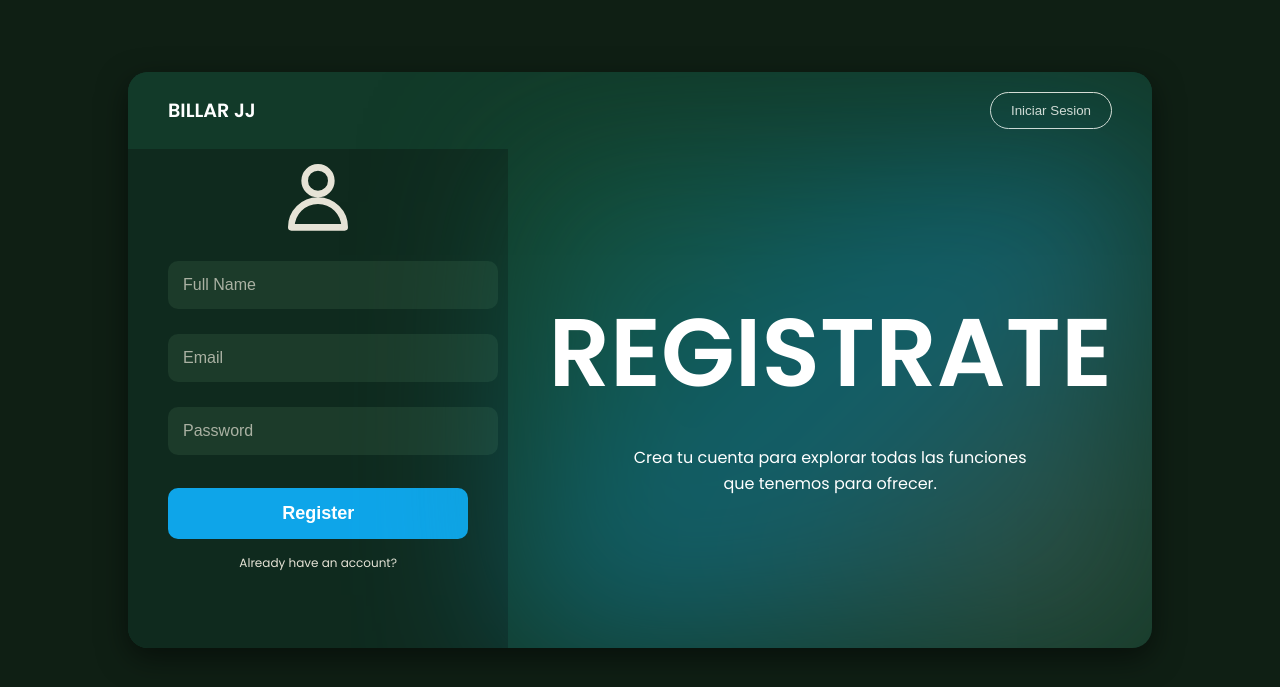
Repository: julianvargas55/ProyectoFormativoBilliarJJ
Page: http://localhost/usuario/registro
These files come from the project's save history. The page is drawn as it stood at one moment and after the next save; the edit follows.
The browser window is 1280 px wide. The pictures show the whole page.
The page is this project's Thymeleaf template; nobody is signed in. The template is opened directly, without the code that normally fills it, so the values that code supplies are empty.

Above is the page before, as saved 2025-10-10 21:35:50.

After the next save:
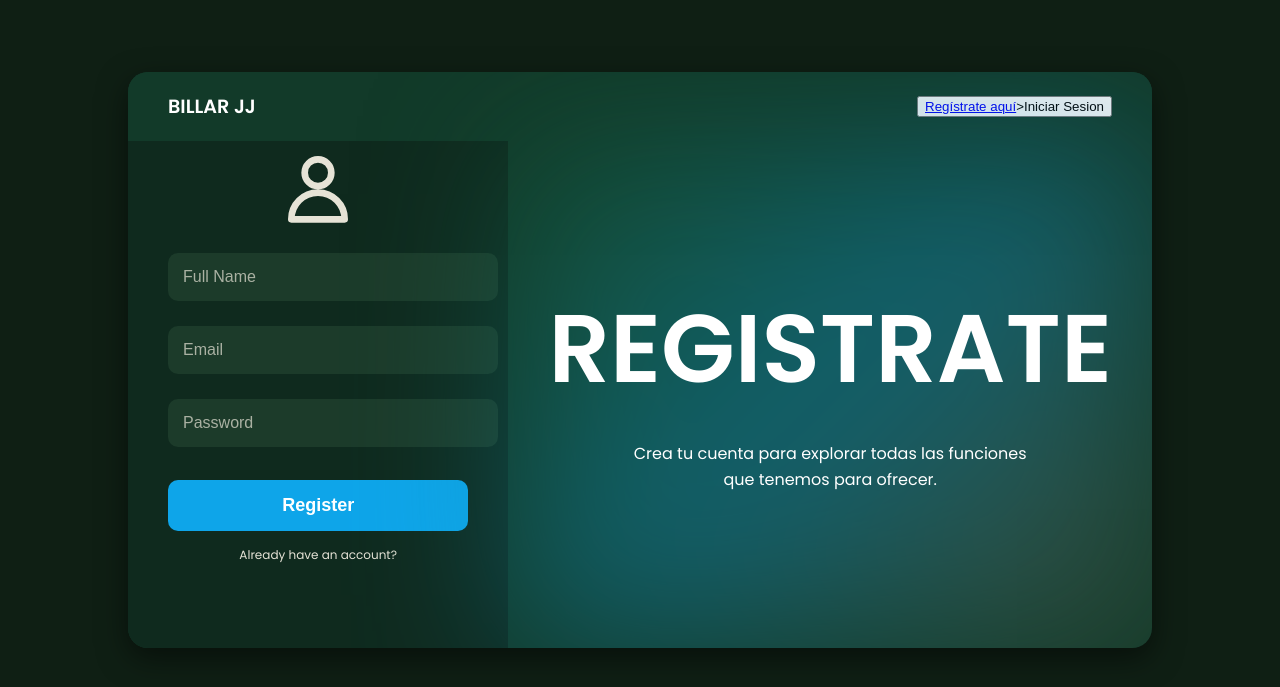
Saved 2 min 27 s later.
--- a/test/src/main/resources/templates/usuario/registro.html
+++ b/test/src/main/resources/templates/usuario/registro.html
@@ -20,7 +20,7 @@
 
                 </ul>
             </nav>
-            <button class="sign-up-btn">Iniciar Sesion</button>
+            <button>  <a th:href="@{/registro}">Regístrate aquí</a>>Iniciar Sesion</button>
         </header>
         <div class="main-content">
             <div class="register-panel">
